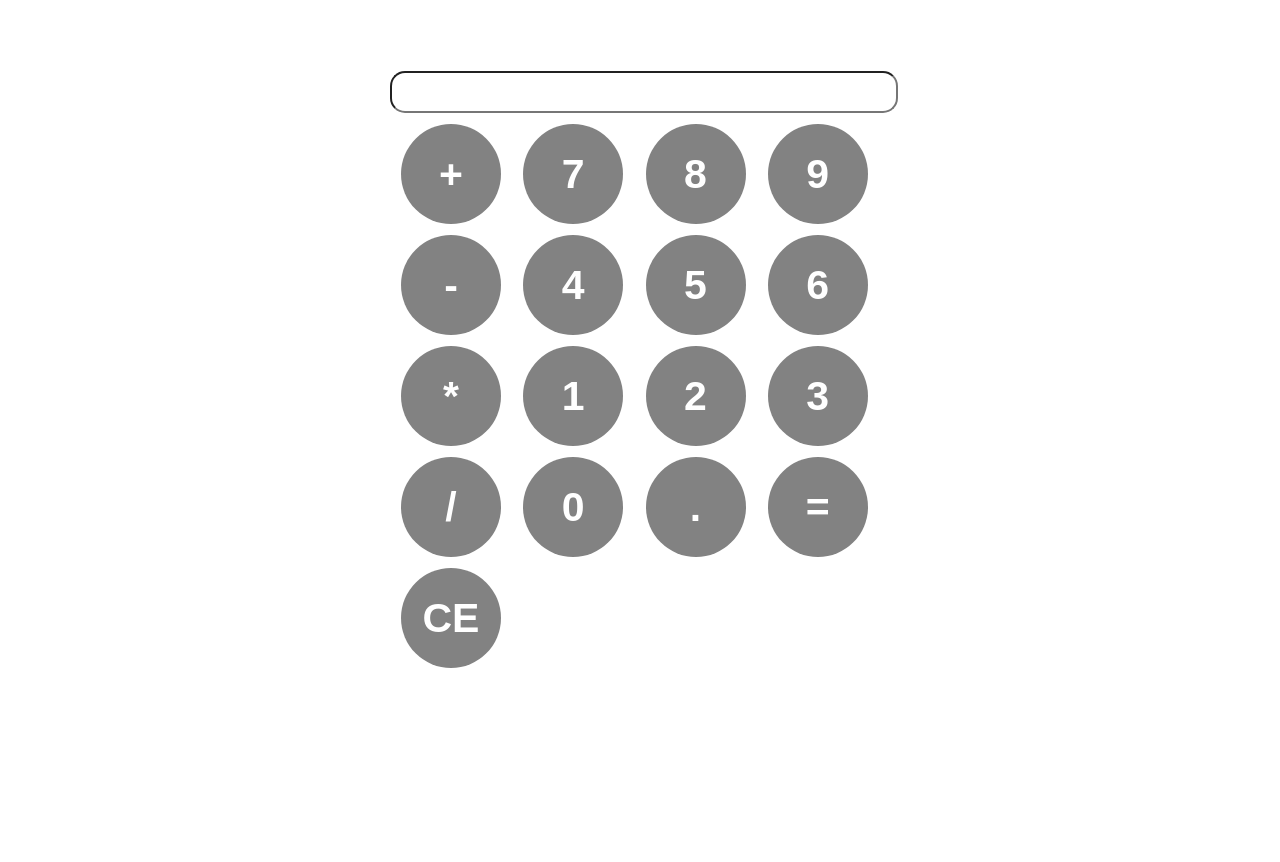
Repository: rkrukshan/JS-Calculator
Page: index.html
An editor plug-in stored every save of this project. The page is shown before and after a run of saves, followed by the edit.
The browser window is 1280 px wide. The pictures show the whole page.

Above is the page before, as saved 2024-09-02 13:46:26.

After the next 3 saves:
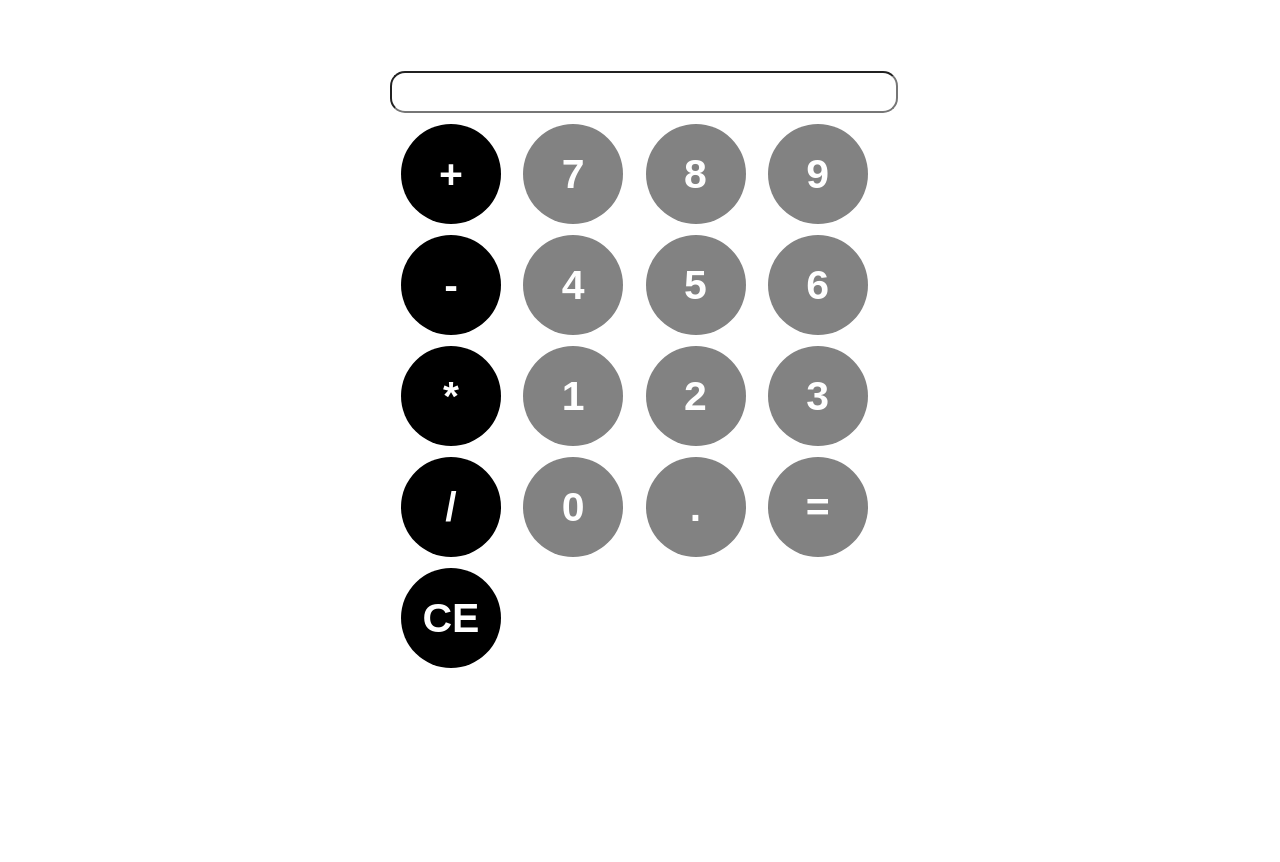
The 3 saves are shown as one change because they came seconds apart.
The last was saved 12 s later.
--- a/style.css
+++ b/style.css
@@ -37,5 +37,5 @@ button:active {
 }
 
 .operator{
-    background-color:hsl(hue, saturation, lightness)
+    background-color:black
 }
